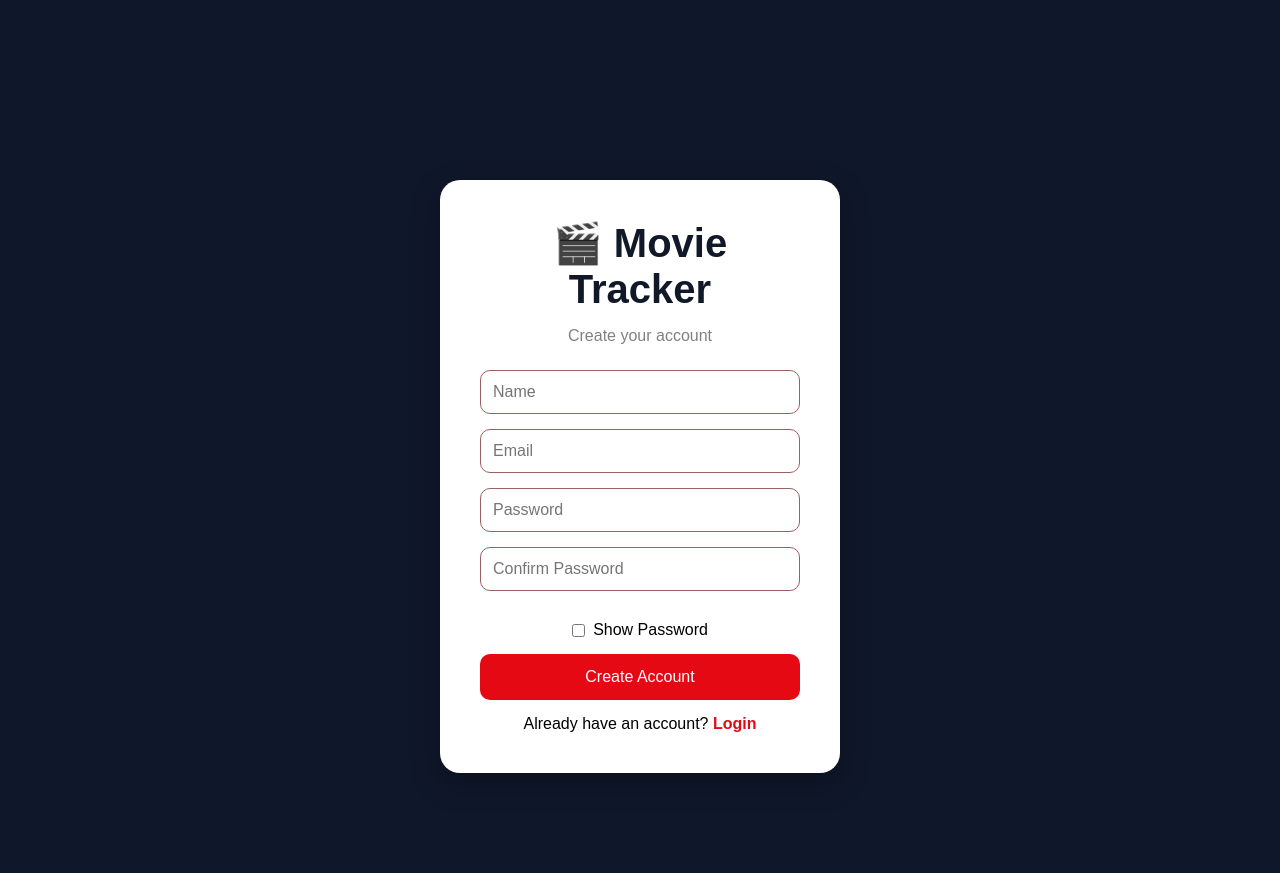
Repository: Dinesh-Codebais/movie-tracker
Page: signup.html
An editor plug-in stored every save of this project. The page is shown before and after the next save, followed by the edit.
The browser window is 1280 px wide. The pictures show the whole page.

Above is the page before, as saved 2026-06-22 10:54:17.
Console error: TypeError: Cannot read properties of null (reading 'addEventListener')

After the next save:
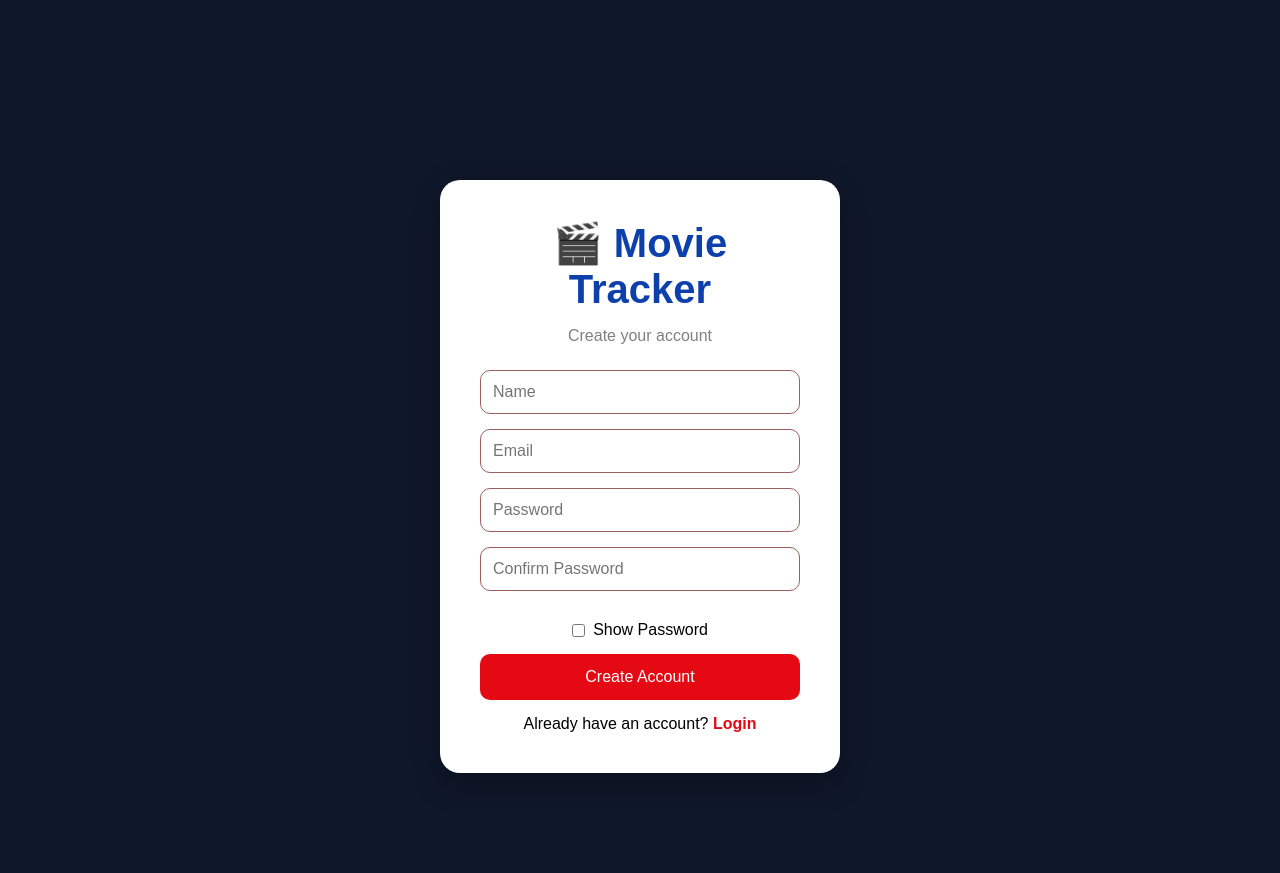
Saved 26 s later.
--- a/style.css
+++ b/style.css
@@ -539,7 +539,7 @@ body{
 }
 
 .signup-box h2{
-    color:#111827;
+    color:#0e40ac;
     text-align:center;
     margin-bottom:5px;
 }
